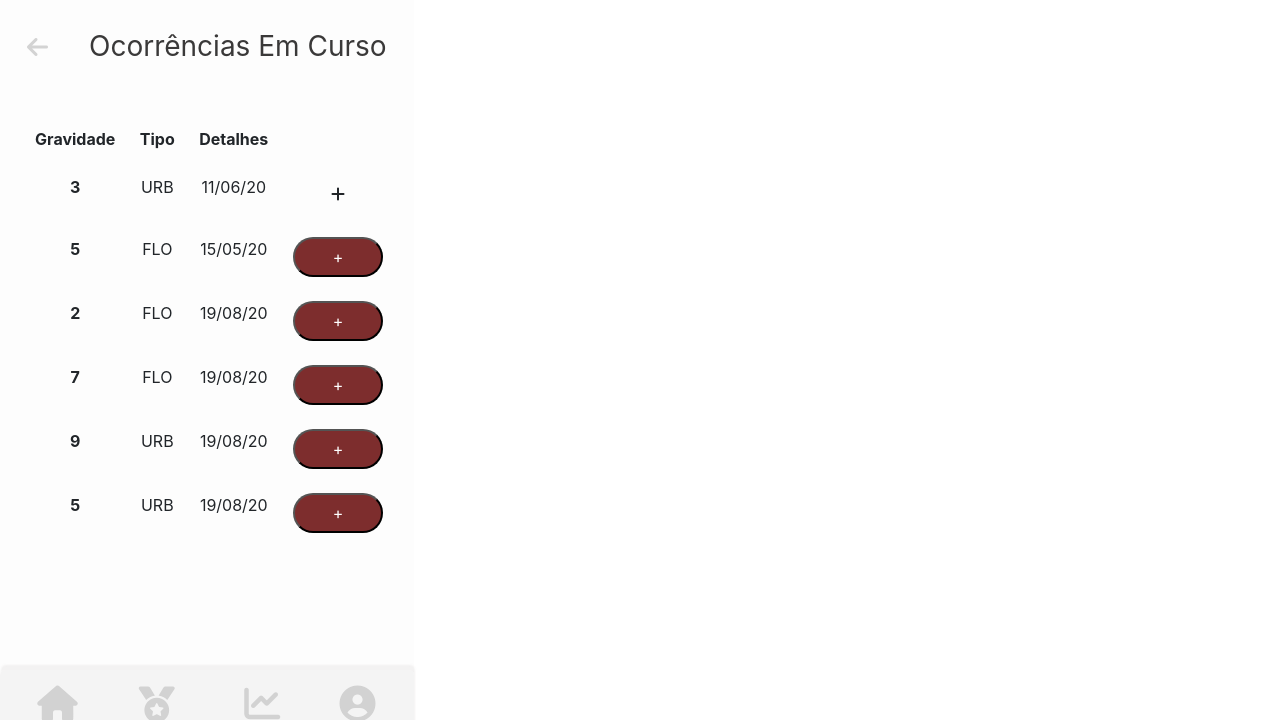
Repository: grupodetrabalhoeficiente/D213
Page: D213/Frontend/OcorrenciasEmCurso.html
The author's editor kept a record of every edit. The page is drawn from the files as they stood at one moment, then again after the next edit.
The browser window is 1280 px wide. The pictures show the whole page.
The page's requests for data from a server got no answer. Some web libraries are served in a nearby version.

Above is the page before.

After the next edit:
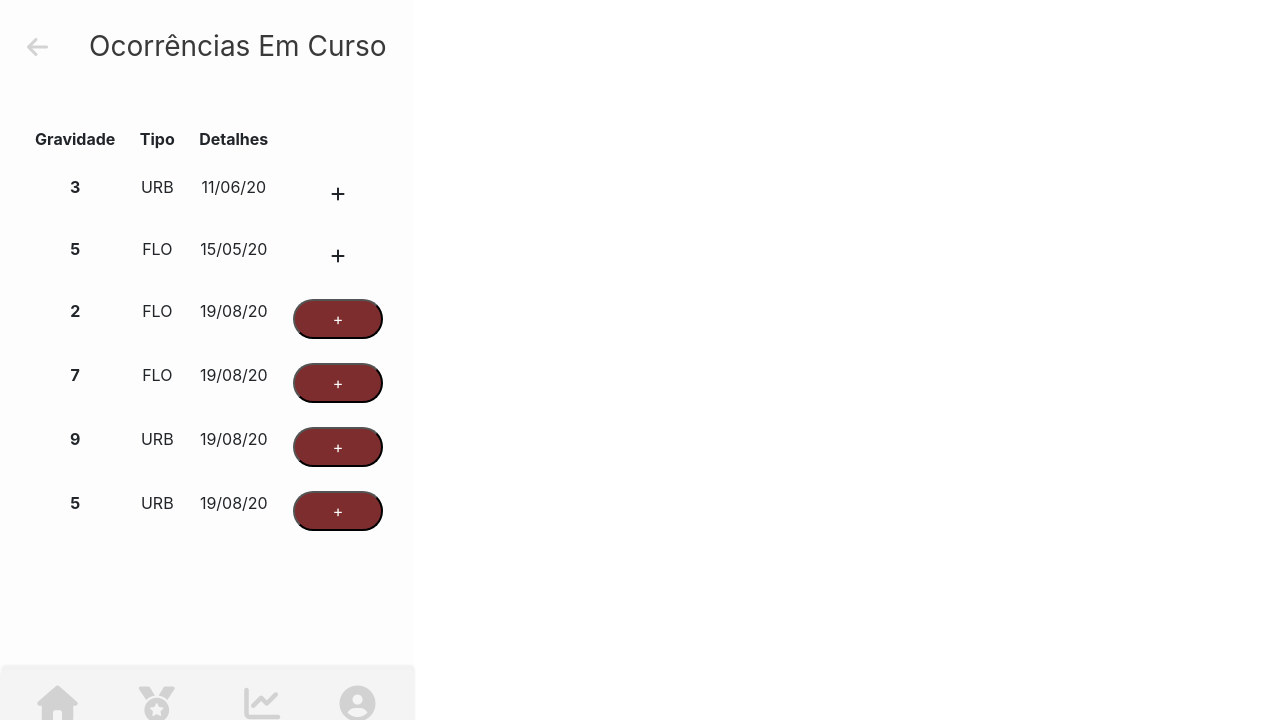
The edit:
--- a/D213/Frontend/OcorrenciasEmCurso.html
+++ b/D213/Frontend/OcorrenciasEmCurso.html
@@ -43,7 +43,7 @@
       <td>FLO</td>
       <td>15/05/20</td>
       <td>
-        <input type="button" class="VerMais" value="+" />
+        <button class="btn"><i class="fas fa-plus"></i></button>
       </td>
 
     </tr>
